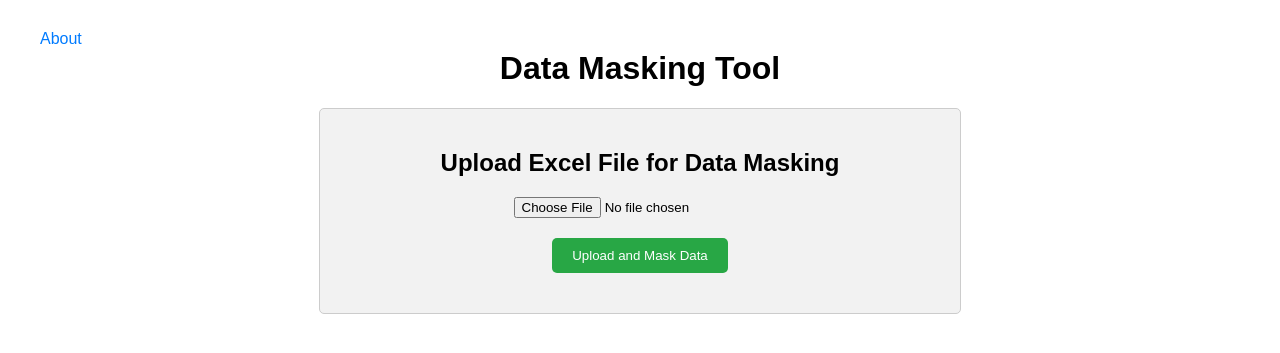
Repository: prithika12/DataMasking_Tool
Page: index.html
The author's editor kept a copy of each file at every save. The page is drawn from the files as they stood at one save, then again after the next save.
The browser window is 1280 px wide. The pictures show the whole page.

Above is the page before, as saved 2024-07-09 11:44:45.

### index.html
<!DOCTYPE html>
<html>
<head>
    <h1>Data Masking Tool</h1>
    <style>
        body {
            font-family: Arial, sans-serif;
            margin: 50px;
        }
        .container {
            max-width: 600px;
            margin: 0 auto;
            padding: 20px;
            background-color: #f2f2f2;
            border: 1px solid #ccc;
            border-radius: 5px;
        }
        h1, h2 {
            text-align: center;
        }

        input[type="file"] {
            display: block;
            margin: 20px auto;
        }
        button {
            display: block;
            margin: 20px auto;
            padding: 10px 20px;
            background-color: #28a745;
            color: white;
            border: none;
            border-radius: 5px;
            cursor: pointer;
        }
        button:hover {
            background-color: #218838;
        }
        .about-link {
            position: absolute;
            top: 20px;
            left: 20px;
            padding: 10px 20px;
        }
        .about-link a {
            color: #007bff;
            text-decoration: none;
        }
        .about-link a:hover {
            text-decoration: underline;
        }
    </style>
</head>
<body>
    <div class="container">
        <h2>Upload Excel File for Data Masking</h2>
        <form action="/uploader" method="post" enctype="multipart/form-data">
            <input type="file" name="file" accept=".xlsx">
            <button type="submit">Upload and Mask Data</button>
        </form>
    </div>
    <div class="about-link">
        <a href="https://github.com/prithika12/DataMasking_Tool/blob/main/README.md" target="_blank">About</a>
    </div>
</body>
</html>

After the next save:
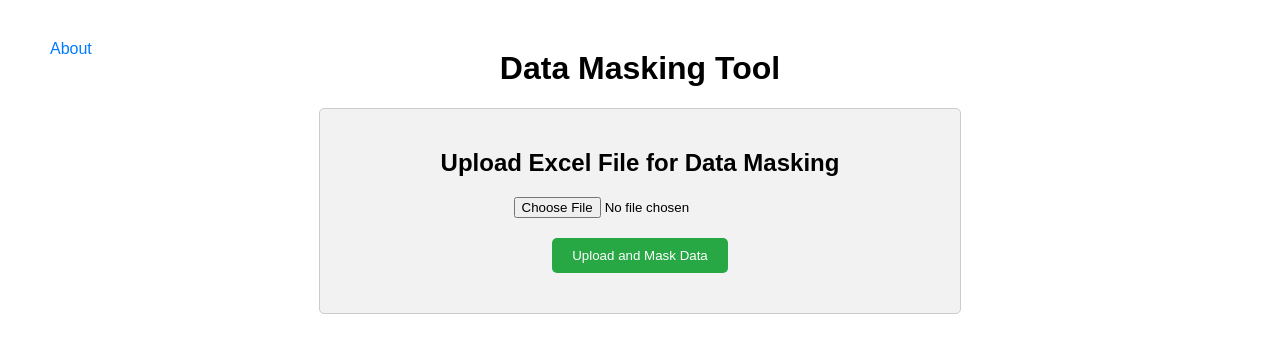
Saved 7 s later.
--- a/index.html
+++ b/index.html
@@ -40,7 +40,7 @@
             position: absolute;
             top: 20px;
             left: 20px;
-            padding: 10px 20px;
+            padding: 20px 30px;
         }
         .about-link a {
             color: #007bff;
